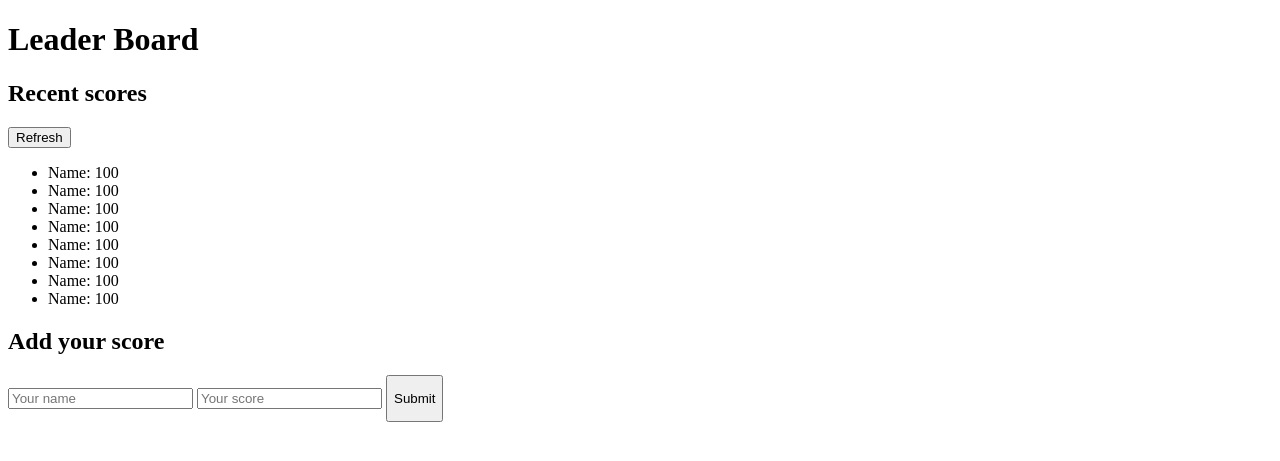
Repository: kennedyowusu/Leaderboard
Page: src/index.html
An editor plug-in stored every save of this project. The page is shown before and after the next save, followed by the edit.
The browser window is 1280 px wide. The pictures show the whole page.

Above is the page before, as saved 2022-12-20 18:18:42.

### src/index.html
<!DOCTYPE html>
<html lang="en">

<head>
 <meta charset="UTF-8">
 <meta http-equiv="X-UA-Compatible" content="IE=edge">
 <meta name="viewport" content="width=device-width, initial-scale=1.0">
 <title>Leader Board</title>
</head>

<body>
 <main class="main-container">
   <h1 class="main-title">Leader Board</h1>

   <article class="main-holder">
    <!-- divide section into two -->

     <section class="main-left">
       <div class="top-section">
        <h2 class="main-left-title">Recent scores</h2>
        <button class="refresh">Refresh</button>
       </div>
       <ul class="main-left-list" id="mainLeftList">
         <!-- list of recent scores -->
         <li class="main-left-list-items">
           <span class="name" id="userName">Name: </span>
           <span class="score" id="userScore">100 </span>
         </li>

          <li class="main-left-list-items">
           <span class="name">Name: </span>
           <span class="score">100 </span>
          </li>

           <li class="main-left-list-items">
            <span class="name">Name: </span>
            <span class="score">100 </span>
           </li>

            <li class="main-left-list-items">
             <span class="name">Name: </span>
             <span class="score">100 </span>
            </li>

            <li class="main-left-list-items">
             <span class="name">Name: </span>
             <span class="score">100 </span>
            </li>

            <li class="main-left-list-items">
             <span class="name">Name: </span>
             <span class="score">100 </span>
            </li>

            <li class="main-left-list-items">
             <span class="name">Name: </span>
             <span class="score">100 </span>
            </li>

            <li class="main-left-list-items">
             <span class="name">Name: </span>
             <span class="score">100 </span>
            </li>

       </ul>
     </section>

     <section class="main-right">
       <div class="top-section-right">
        <h2 class="main-right-title">Add your score</h2>
       </div>
       <form class="main-right-form">
         <input type="text" name="name" placeholder="Your name" required>
         <input type="number" name="score" placeholder="Your score" required>
         <button type="submit" class="submit" id="submit">
          <p class="btn-text">Submit</p>
         </button>
       </form>
     </section>

   </article>



   <script src="https://cdn.jsdelivr.net/npm/axios/dist/axios.min.js"></script>
 </main>
</body>
</html>

After the next save:
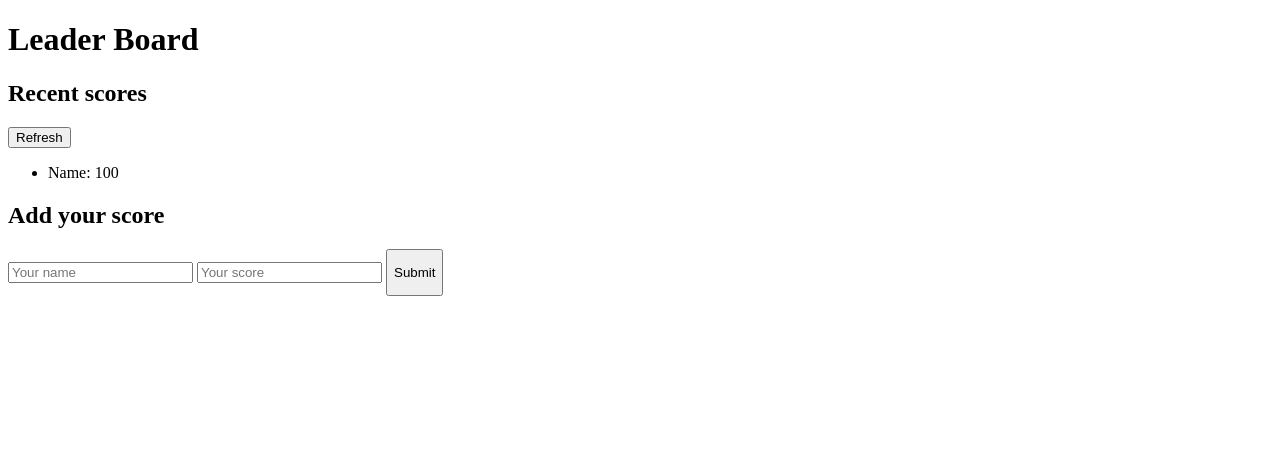
Saved 37 s later.
--- a/src/index.html
+++ b/src/index.html
@@ -27,41 +27,6 @@
            <span class="score" id="userScore">100 </span>
          </li>
 
-          <li class="main-left-list-items">
-           <span class="name">Name: </span>
-           <span class="score">100 </span>
-          </li>
-
-           <li class="main-left-list-items">
-            <span class="name">Name: </span>
-            <span class="score">100 </span>
-           </li>
-
-            <li class="main-left-list-items">
-             <span class="name">Name: </span>
-             <span class="score">100 </span>
-            </li>
-
-            <li class="main-left-list-items">
-             <span class="name">Name: </span>
-             <span class="score">100 </span>
-            </li>
-
-            <li class="main-left-list-items">
-             <span class="name">Name: </span>
-             <span class="score">100 </span>
-            </li>
-
-            <li class="main-left-list-items">
-             <span class="name">Name: </span>
-             <span class="score">100 </span>
-            </li>
-
-            <li class="main-left-list-items">
-             <span class="name">Name: </span>
-             <span class="score">100 </span>
-            </li>
-
        </ul>
      </section>
 
